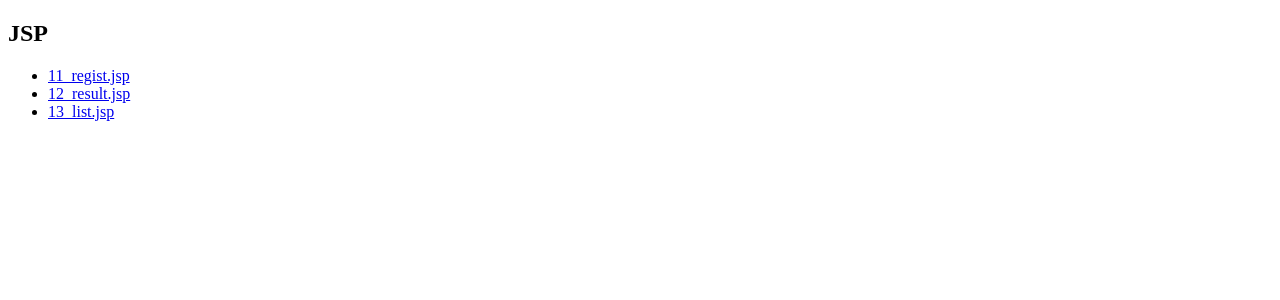
Repository: juhyung1/java_edu_web
Page: BackEnd_02_Practice/src/main/webapp/index.html
The author's editor kept a copy of each file at every save. The page is drawn from the files as they stood at one save, then again after the next save.
The browser window is 1280 px wide. The pictures show the whole page.

Above is the page before, as saved 2026-10-07 06:23:57.

### BackEnd_02_Practice/src/main/webapp/index.html
<!DOCTYPE html>
<html>
<head>
<meta charset="UTF-8">
<title>대문</title>
</head>
<body>
	<h2>JSP</h2>
	<ul>
		<li><a href="11_regist.jsp">11_regist.jsp</a></li>
		<li><a href="12_result.jsp">12_result.jsp</a></li>
		<li><a href="WEB-INF/13_list.jsp">13_list.jsp</a></li>
	</ul>
</body>
</html>

After the next save:
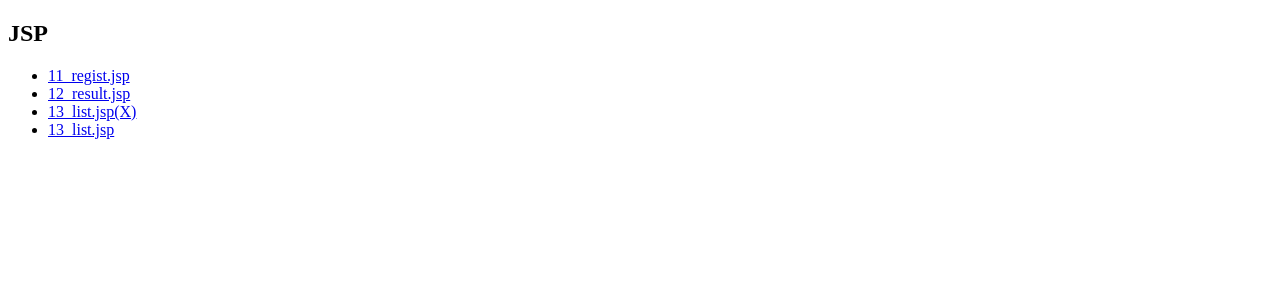
Saved 5 min 7 s later.
--- a/BackEnd_02_Practice/src/main/webapp/index.html
+++ b/BackEnd_02_Practice/src/main/webapp/index.html
@@ -9,7 +9,8 @@
 	<ul>
 		<li><a href="11_regist.jsp">11_regist.jsp</a></li>
 		<li><a href="12_result.jsp">12_result.jsp</a></li>
-		<li><a href="WEB-INF/13_list.jsp">13_list.jsp</a></li>
+		<li><a href="WEB-INF/13_list.jsp">13_list.jsp(X)</a></li>
+		<li><a href="main?act=List">13_list.jsp</a></li>
 	</ul>
 </body>
 </html>
